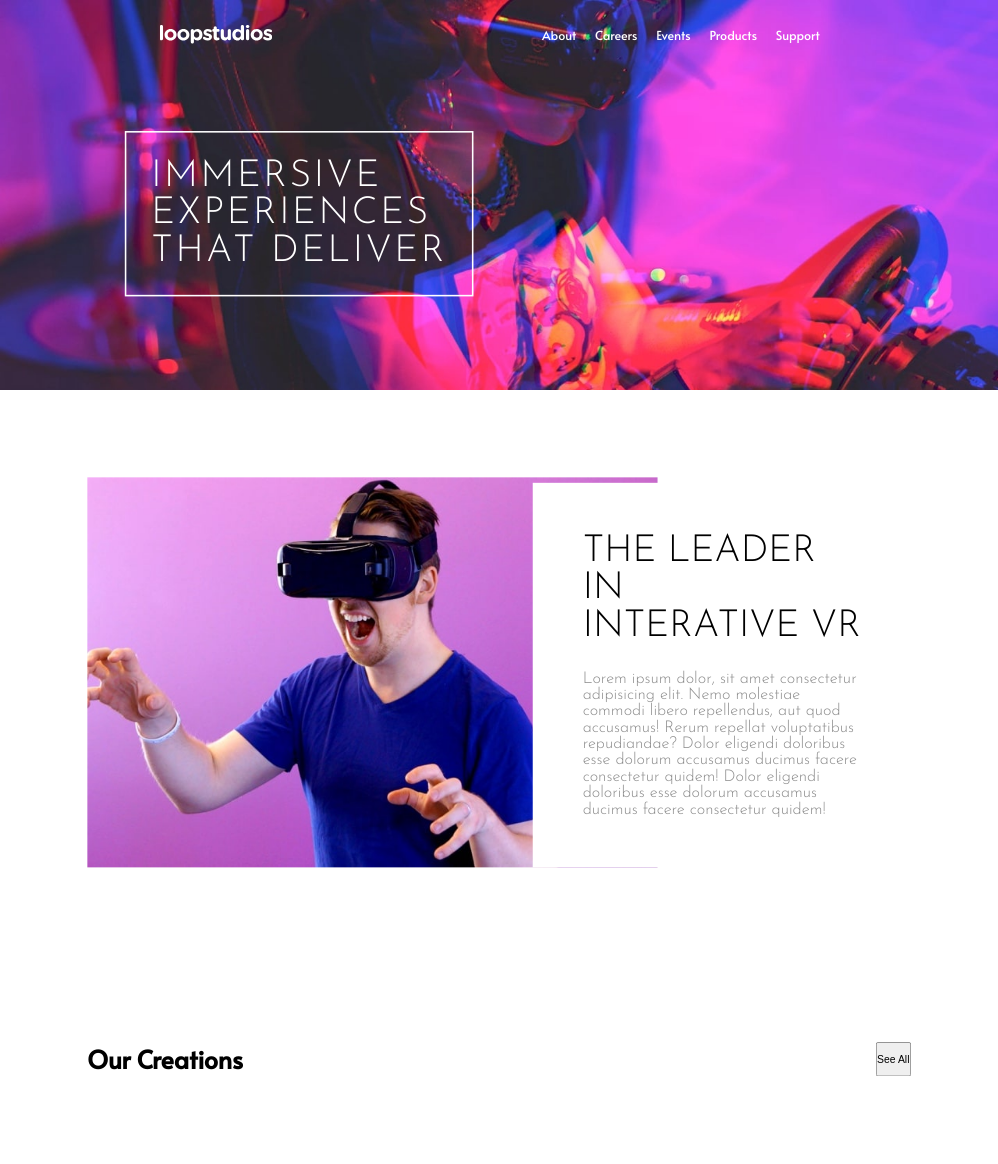
Repository: gligor99/loopstudios-fm
Page: /
These files come from the project's save history. The page is drawn as it stood at one moment and after the next save; the edit follows.
The browser window is 1280 px wide. The pictures show the whole page, at 78% of full size.
Backgrounds fixed to the window are drawn as part of the page. The project was rebuilt for these pictures with package versions that can differ from the ones it lists, and the page was loaded fresh each time.

Above is the page before, as saved 2021-11-28 16:01:53.

After the next save:
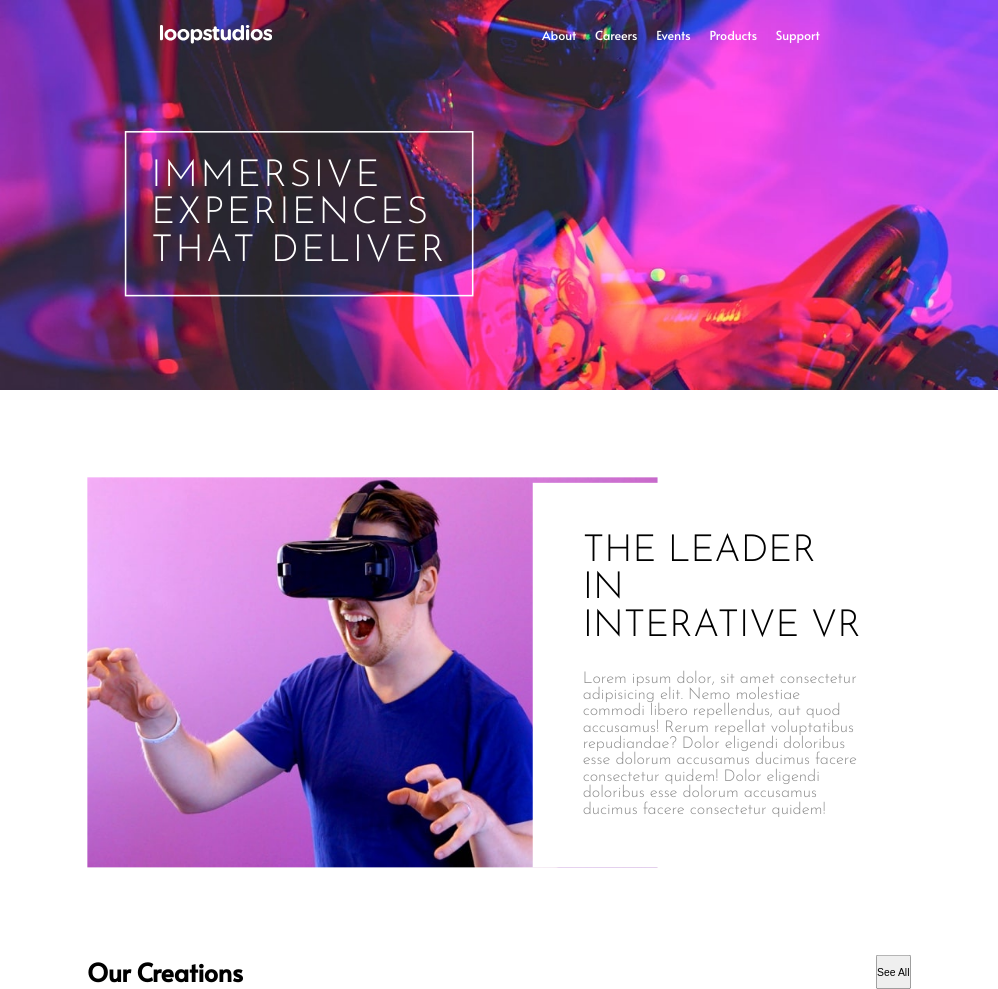
Saved 15 s later.
--- a/src/components/Creations/creations.css
+++ b/src/components/Creations/creations.css
@@ -2,5 +2,6 @@
   display: flex;
   flex-direction: row;
   justify-content: space-between;
-  padding: 7rem;
+  padding-left: 7rem;
+  padding-right: 7rem;
 }
